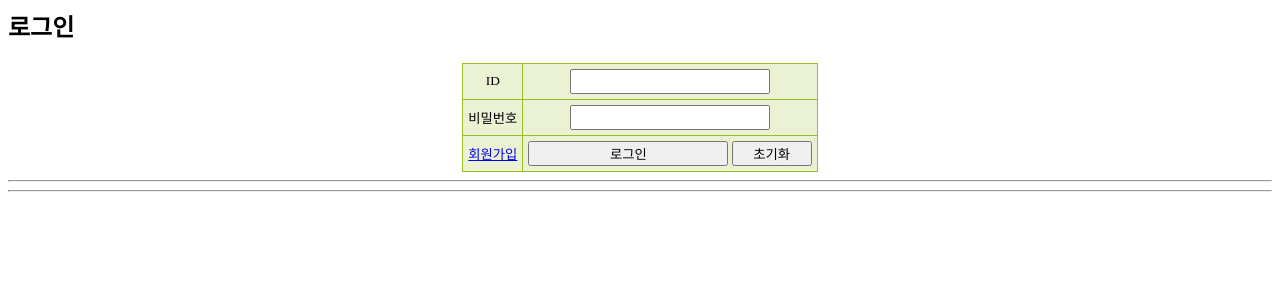
Repository: lmcoa15/Movie
Page: http://localhost/movie/user/user_login.jsp
An editor plug-in stored every save of this project. The page is shown before and after the next save, followed by the edit.
The browser window is 1280 px wide. The pictures show the whole page.
The page is served by Tomcat 9. Other server files are loaded and not shown.

Above is the page before, as saved 2015-12-08 15:38:34.

### workspace/movie/WebContent/user/user_login.jsp
<%@ page language="java" contentType="text/html; charset=UTF-8" pageEncoding="UTF-8"
	import="java.util.*,movie.admin.*" %>
    <link rel="stylesheet" href="../css/movie_list_css.css" type="text/css" media="screen" />
<!DOCTYPE html PUBLIC "-//W3C//DTD HTML 4.01 Transitional//EN" "http://www.w3.org/TR/html4/loose.dtd">
<html>
<head>
<meta http-equiv="Content-Type" content="text/html; charset=UTF-8">
<title>login</title>
</head>
<%String films_id=request.getParameter("id_film");
	System.out.println(films_id);
%>
<body>
<h2>로그인</h2>
	<form method ="post" action="membership_control.jsp" name="form1">
	<input type=hidden name="action" value="login">
	<input type=hidden name="films_id" value="<%=films_id%>">
	<table width="250" border="1"align="center" cellspacing="0"
												cellpadding="5">

	<tr>
		<td>ID</td>
		<td><input type="text" name="name_mem" size=10></td>
	</tr>

	<tr>
		<td>비밀번호</td>
		<td><input type="password" name="password" size=10></td>
	</tr>

	<tr>
		<td><a href="user_membership.jsp">회원가입</a></td>
		<td><input type="Submit" name="login_button" value="로그인" size=1>
			<input type="reset" name="initialization_button" value="초기화" size=1>
		</td>
	</tr>
</table>

<hr><hr>


</body>
</html>

### workspace/movie/WebContent/css/movie_list_css.css
@charset "utf-8";

table{
		width:auto;
		border-collapse:collapse;
		text-align:center;
}

td,th{
		font-size:10pt;
		border:1px solid #98bf21;
		height:30px;
		padding:5px;
}

th{
		background-color:#A7C942;
		color:#ffffff;
		font-family:Georgia;
}

tr td{
		color:#000000;
		background-color:#EAF2D3;
}
input {
		height:25px;
		width:200px;
}
img {
	width:70px;
	height:70px;
}
input [type="submit"],[type="reset"],[type="button"]{
	height:25px;
	width:80px;
}

After the next save:
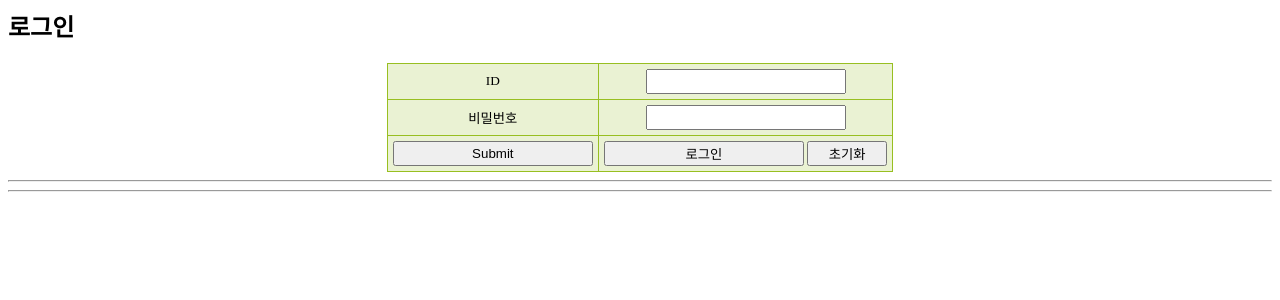
Saved 2 min 19 s later.
--- a/workspace/movie/WebContent/user/user_login.jsp
+++ b/workspace/movie/WebContent/user/user_login.jsp
@@ -29,7 +29,7 @@
 	</tr>
 
 	<tr>
-		<td><a href="user_membership.jsp">회원가입</a></td>
+		<td><input type="Submit" name="membership_button value="회원가입"></td>
 		<td><input type="Submit" name="login_button" value="로그인" size=1>
 			<input type="reset" name="initialization_button" value="초기화" size=1>
 		</td>
